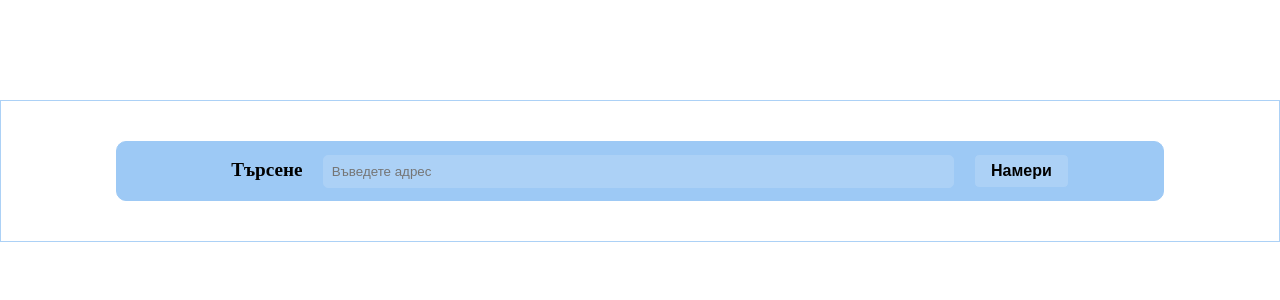
Repository: GeryZlatev/address-search
Page: /
An editor plug-in stored every save of this project. The page is shown before and after the next save, followed by the edit.
The browser window is 1280 px wide. The pictures show the whole page.
Some web libraries are served in a nearby version. The project was rebuilt for these pictures with package versions that can differ from the ones it lists, and the page was loaded fresh each time.

Above is the page before, as saved 2021-04-09 21:43:11.

After the next save:
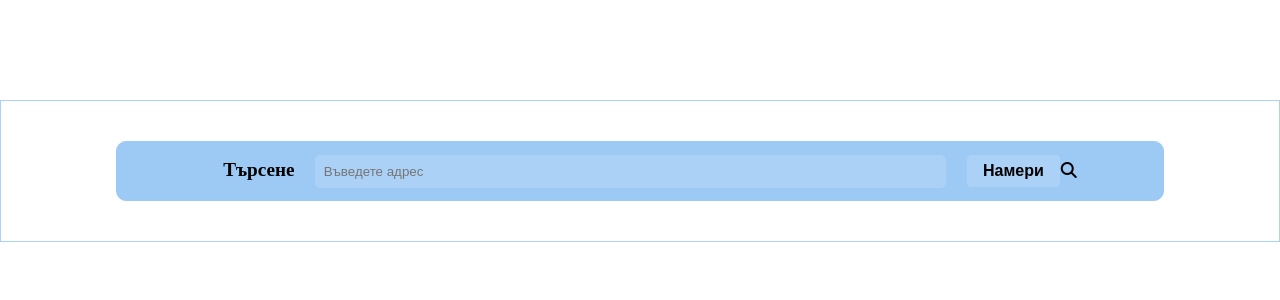
Saved 61 s later.
--- a/src/components/SearchBar/SearchBar.js
+++ b/src/components/SearchBar/SearchBar.js
@@ -20,6 +20,7 @@
                     type="submit"
                     value="Намери"
                 />
+                <i class="fas fa-search"></i>
             </form>
         </div>
     )
